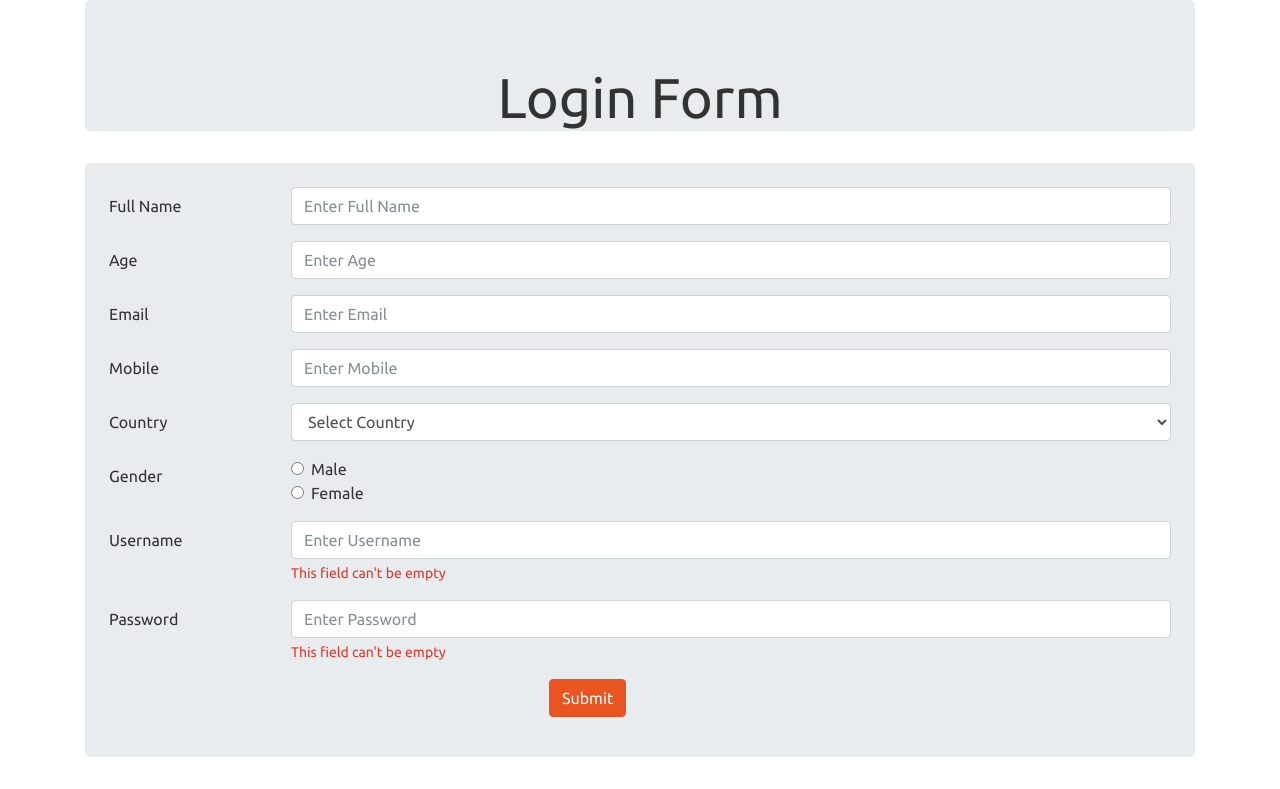
Repository: amar468S/Ng-templateDrivenForm
Page: /
These files come from the project's save history. The page is drawn as it stood at one moment and after the next save; the edit follows.
The browser window is 1280 px wide. The pictures show the whole page.
Some web libraries are served in a nearby version. The project was rebuilt for these pictures with package versions that can differ from the ones it lists, and the page was loaded fresh each time. Also part of the build but not shown: angular.json.

Above is the page before, as saved 2019-02-03 16:40:41.

### src/index.html
<!doctype html>
<html lang="en">
<head>
  <meta charset="utf-8">
  <title>NgTemplateForms</title>
  <base href="/">

  <meta name="viewport" content="width=device-width, initial-scale=1">
  <link rel="icon" type="image/x-icon" href="favicon.ico">
  <!-- CSS -->
  <link rel="stylesheet" href="https://stackpath.bootstrapcdn.com/bootstrap/4.2.1/css/bootstrap.min.css" integrity="sha384-GJzZqFGwb1QTTN6wy59ffF1BuGJpLSa9DkKMp0DgiMDm4iYMj70gZWKYbI706tWS" crossorigin="anonymous">
  <link rel="stylesheet" href="https://bootswatch.com/4/united/bootstrap.min.css">
  <!-- JS -->
  <script src="https://code.jquery.com/jquery-3.3.1.slim.min.js" integrity="sha384-q8i/X+965DzO0rT7abK41JStQIAqVgRVzpbzo5smXKp4YfRvH+8abtTE1Pi6jizo" crossorigin="anonymous"></script>
  <script src="https://cdnjs.cloudflare.com/ajax/libs/popper.js/1.14.6/umd/popper.min.js" integrity="sha384-wHAiFfRlMFy6i5SRaxvfOCifBUQy1xHdJ/yoi7FRNXMRBu5WHdZYu1hA6ZOblgut" crossorigin="anonymous"></script>
  <script src="https://stackpath.bootstrapcdn.com/bootstrap/4.2.1/js/bootstrap.min.js" integrity="sha384-B0UglyR+jN6CkvvICOB2joaf5I4l3gm9GU6Hc1og6Ls7i6U/mkkaduKaBhlAXv9k" crossorigin="anonymous"></script>

</head>
<body>
  <app-root></app-root>
</body>
</html>

### src/app/app.component.ts
import { Component } from '@angular/core';
import { UserForm } from './UserForm';

@Component({
  selector: 'app-root',
  templateUrl: './app.component.html',
  styleUrls: ['./app.component.css']
})
export class AppComponent {

    userForm:UserForm

    constructor(){
      this.userForm = new UserForm();
    }
}

### src/app/app.component.html
<div class="container">
    <div class="jumbotron pb-0">
      <p class="display-4 text-center mb-0">Login Form</p>
    </div>

  <div class="jumbotron p-4">
  <form #usrForm="ngForm" (ngSubmit)="login(usrForm)">
      <div class="form-group row">
          <label class="col-sm-2 col-form-label">Full Name</label>
          <div class="col-sm-10">
            <input type="text" class="form-control" placeholder="Enter Full Name"
            name="fullname" [(ngModel)]="userForm.fullName" #fullName="ngModel" required>
            <small class="form-text text-danger" *ngIf="fullName.dirty && fullName.invalid">This field can't be empty</small>
          </div>
      </div>
      <div class="form-group row">
          <label class="col-sm-2 col-form-label">Age</label>
          <div class="col-sm-10">
            <input type="number" class="form-control" placeholder="Enter Age"
            name="age" [(ngModel)]="userForm.age" #age="ngModel" required>
            <small class="form-text text-danger" *ngIf="age.dirty && age.invalid">This field can't be empty</small>
          </div>
      </div>
       <div class="form-group row">
          <label class="col-sm-2 col-form-label">Email</label>
          <div class="col-sm-10">
            <input type="email" class="form-control" placeholder="Enter Email"
            name="email" [(ngModel)]="userForm.email" #email="ngModel" required>
            <small class="form-text text-danger" *ngIf="email.dirty && email.invalid">This field can't be empty</small>
          </div>
      </div>
      <div class="form-group row">
          <label class="col-sm-2 col-form-label">Mobile</label>
          <div class="col-sm-10">
            <input type="text" class="form-control" placeholder="Enter Mobile"
            name="mobile" [(ngModel)]="userForm.mobile" #mobile="ngModel" required>
            <small class="form-text text-danger" *ngIf="mobile.dirty && mobile.invalid">This field can't be empty</small>
          </div>
      </div>
      <div class="form-group row">
          <label class="col-sm-2 col-form-label">Country</label>
          <div class="col-sm-10">
            <select class="form-control" name="country" [(ngModel)]="userForm.country" #country="ngModel" required>
              <option value="">Select Country</option>
              <option value="India">India</option>
              <option value="Sri Lanka">Sri Lanka</option>
              <option value="Bangladesh">Bangladesh</option>
              <option value="Nepal">Nepal</option>
            </select>
            <small class="form-text text-danger" *ngIf="country.dirty && country.invalid">This field can't be empty</small>
          </div>
      </div>
      <div class="form-group row">
          <label class="col-sm-2 col-form-label">Gender</label>
          <div class="col-sm-10">
            <div class="form-check">
              <input class="form-check-input" type="radio" name="gender" [(ngModel)]="userForm.gender" #gender="ngModel">
              <label class="form-check-label">Male</label>
            </div>
            <div class="form-check">
                <input class="form-check-input" type="radio" name="gender"  [(ngModel)]="userForm.gender" #gender="ngModel">
                <label class="form-check-label">Female</label>
            </div>
          </div>
      </div>
      <div class="form-group row">
          <label class="col-sm-2 col-form-label">Username</label>
          <div class="col-sm-10">
            <input type="text" class="form-control" placeholder="Enter Username"
            name="username" [(ngModel)]="userForm.username" #username="ngModel" required>
            <small class="form-text text-danger">This field can't be empty</small>
          </div>
      </div>
      <div class="form-group row">
          <label class="col-sm-2 col-form-label">Password</label>
          <div class="col-sm-10">
            <input type="password" class="form-control" placeholder="Enter Password"
            name="password" [(ngModel)]="userForm.password" #password="ngModel">
            <small class="form-text text-danger">This field can't be empty</small>
          </div>
      </div>
      <div class="form-group row">
          <label class="col-sm-5 col-form-label"></label>
          <div>
            <input type="submit" class="btn btn-primary" [disabled]="usrForm.dirty && usrForm.invalid">
          </div>
      </div>
  </form>
  </div>

</div>

### src/app/UserForm.ts
export class UserForm {
    fullName:string;
    age:string;
    email:string;
    mobile:string;
    country:string;
    gender:string;
    username:string;
    password:string;


    constructor(){
        this.fullName = '';
        this.age = '';
        this.country = '';
        this.email = '';
        this.mobile = '';
        this.username = '';
        this.password = '';
        this.gender = '';
    }
}

Loaded but not shown: src/styles.css (common file); src/main.ts (common file); src/app/app.module.ts (common file); src/environments/environment.ts (common file); src/app/app.component.css (no stored copy; drawn as an empty file)

After the next save:
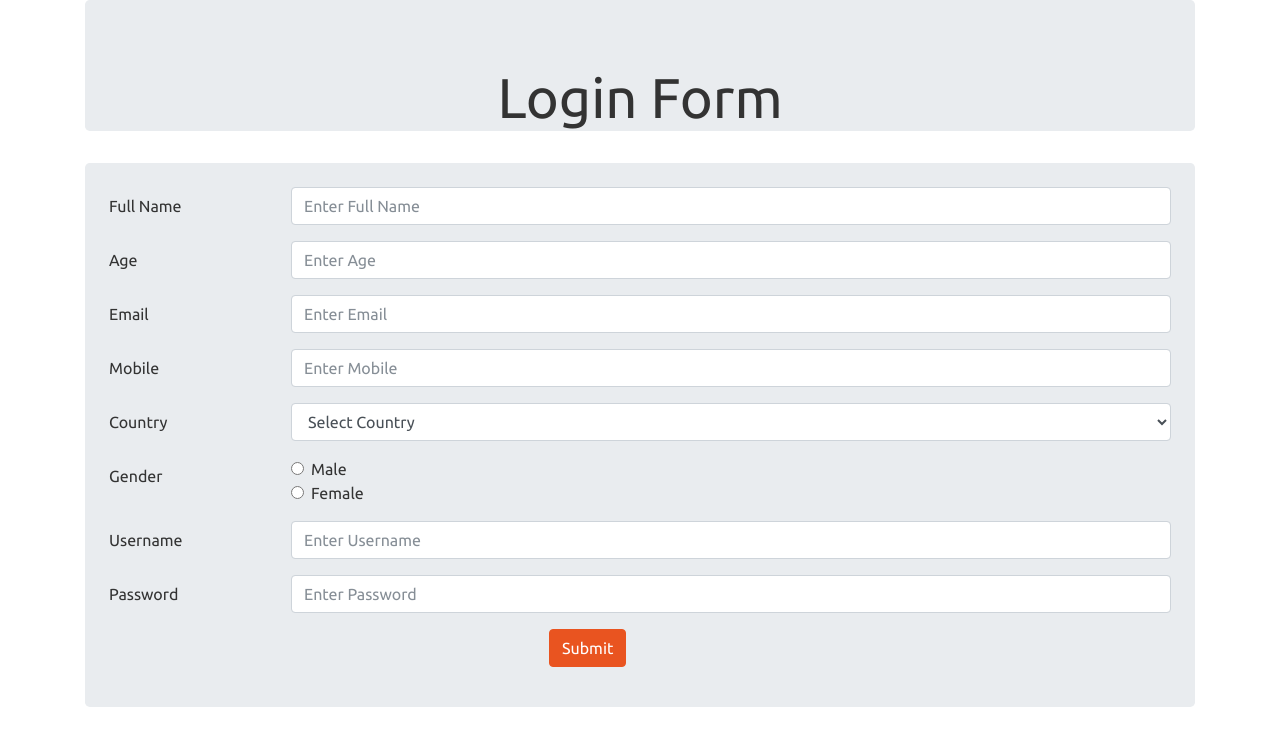
Saved 53 s later.
--- a/src/app/app.component.html
+++ b/src/app/app.component.html
@@ -68,7 +68,7 @@
           <div class="col-sm-10">
             <input type="text" class="form-control" placeholder="Enter Username"
             name="username" [(ngModel)]="userForm.username" #username="ngModel" required>
-            <small class="form-text text-danger">This field can't be empty</small>
+            <small class="form-text text-danger" *ngIf="username.dirty && username.invalid">This field can't be empty</small>
           </div>
       </div>
       <div class="form-group row">
@@ -76,7 +76,7 @@
           <div class="col-sm-10">
             <input type="password" class="form-control" placeholder="Enter Password"
             name="password" [(ngModel)]="userForm.password" #password="ngModel">
-            <small class="form-text text-danger">This field can't be empty</small>
+            <small class="form-text text-danger" *ngIf="password.dirty && password.invalid">This field can't be empty</small>
           </div>
       </div>
       <div class="form-group row">
